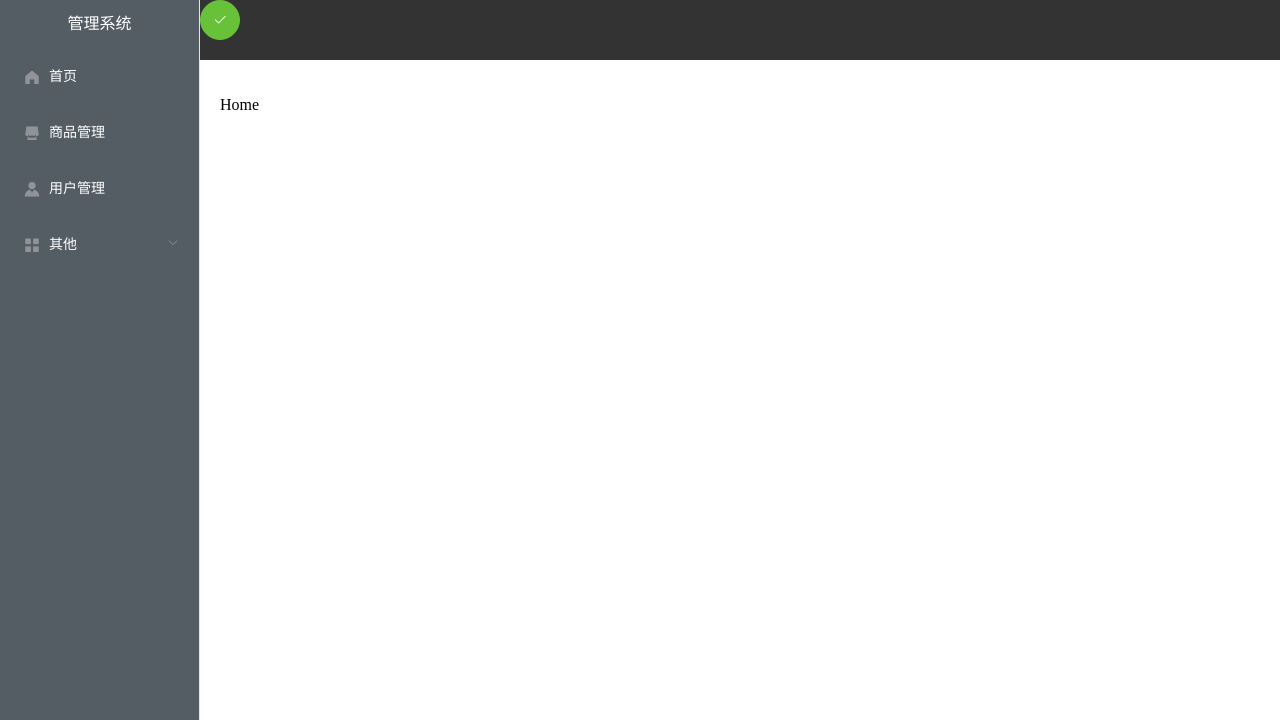
Repository: tkqi/manage
Page: /
An editor plug-in stored every save of this project. The page is shown before and after the next save, followed by the edit.
The browser window is 1280 px wide. The pictures show the whole page.
The project was rebuilt for these pictures with package versions that can differ from the ones it lists, and the page was loaded fresh each time. Also part of the build but not shown: vue.config.js.

Above is the page before, as saved 2023-12-01 16:03:45.

### src/main.js
import Vue from 'vue'
import App from './App.vue'
import router from './router'
import store from './store'
import ElementUI from 'element-ui';
import 'element-ui/lib/theme-chalk/index.css';

Vue.config.productionTip = false
Vue.use(ElementUI);

new Vue({
  router,
  store,
  render: h => h(App)
}).$mount('#app')

### src/App.vue
<template>
  <div id="app">
    <!-- 路由出口 -->
    <router-view />
  </div>
</template>

<script>
export default {
  name: 'App'
}
</script>

<style lang="less">
html,
body,
h3 {
  margin: 0;
  padding: 0;
}
</style>

### src/router/index.js
import Vue from 'vue'
import VueRouter from 'vue-router'
import routes from './routes'
Vue.use(VueRouter)


const router = new VueRouter({
  routes: routes
})

// 暴露router实例
export default router

### src/router/routes.js
export default [
    // 主路由
    {
        path: '/',
        component: () => import('../views/Main.vue'),
        redirect:'/home',// 重定向
        // 子路由
        children: [
            {
                // 首页
                path: '/home',
                // 路由组件懒加载
                component: () => import('../views/Home.vue')
            },
            {
                // 用户管理
                path: '/user',
                component: () => import('../views/User.vue')
            },
            {
                // 商品管理
                path: '/mall',
                component: () => import('../views/Mall.vue')
            },
            {
                // 其他/页面1
                path: '/page1',
                component: () => import('../views/Page1.vue')
            },
            {
                // 其他/页面2
                path: '/page2',
                component: () => import('../views/Page2.vue')
            },
        ]
    },
    {
        path: '/home',
        // 路由组件懒加载
        component: () => import('../views/Home.vue')
    },
    {
        path: '/user',
        component: () => import('../views/User.vue')
    }
]

### src/views/Main.vue
<!-- eslint-disable vue/multi-word-component-names -->
<template>
    <div>
        <el-container>
            <el-aside width="200px">
                <sidebar />
            </el-aside>
            <el-container>
                <el-header><topbar/></el-header>
                <el-main><router-view /></el-main>
            </el-container>
        </el-container>

    </div>
</template>

<script>
import sidebar from '../components/sidebar.vue'
import topbar from '../components/topbar.vue';
export default {
    components: {
        sidebar,
        topbar
    }
}
</script>

<style lang="less" scoped>
.el-header {
    padding: 0;
    margin: 0;
}
</style>

### src/views/Home.vue
<!-- eslint-disable vue/multi-word-component-names -->
<template>
    <div>
        <p>Home</p>
    </div>
</template>

<script>

</script>

### src/components/sidebar.vue
<!-- eslint-disable vue/multi-word-component-names -->
<template>
    <el-menu class="menu" @open="handleOpen" @close="handleClose" :collapse="isCollapse" background-color="#545c64"
        text-color="#fff" active-text-color="#ffd04b" collapse-transition="true" unique-opened="true">
        <h3>管理系统</h3>
        <el-menu-item v-for="item in noChildren" :key="item.name" :index="item.name" @click="clickMenu(item)">
            <i :class="`el-icon-${item.icon}`"></i>
            <span slot="title">{{ item.label }}</span>
        </el-menu-item>
        <el-submenu v-for="item in hasChildren" :key="item.label" :index="item.label">
            <template slot="title">
                <i :class="`el-icon-${item.icon}`"></i>
                <span slot="title">{{ item.label }}</span>
            </template>
            <el-menu-item-group v-for="subitem in item.children" :key="subitem.name">
                <el-menu-item :index="subitem.name" @click="clickSubmenu(subitem)">
                    <!-- <template slot="title"> -->
                    <i :class="`el-icon-${subitem.icon}`"></i>
                    <span slot="title">{{ subitem.name }}</span>
                    <!-- </template> -->
                </el-menu-item>
            </el-menu-item-group>
        </el-submenu>
    </el-menu>
</template>

<script>
export default {
    computed: {
        // 无子菜单
        noChildren() {
            return this.menuData.filter(o => !o.children);
        },
        // 有子菜单
        hasChildren() {
            return this.menuData.filter(o => o.children);
        }
    },
    data() {
        return {
            isCollapse: false,
            menuData: [
                {
                    path: '/',
                    name: 'home',
                    label: "首页",
                    icon: 's-home',
                    url: 'Home/Home'
                },
                {
                    path: '/mall',
                    name: 'mall',
                    label: "商品管理",
                    icon: 's-shop',
                    url: 'MallManage/MallManage'
                },
                {
                    path: '/user',
                    name: 'user',
                    label: "用户管理",
                    icon: 's-custom',
                    url: 'UserManage/UserManage'
                },
                {
                    label: '其他',
                    icon: 'menu',
                    children: [
                        {
                            path: '/page1',
                            name: 'page1',
                            label: "页面1",
                            icon: 's-claim',
                            url: 'Other/PageOne'
                        },
                        {
                            path: '/page2',
                            name: 'page2',
                            label: "页面2",
                            icon: 's-claim',
                            url: 'Other/PageTwo'
                        },
                    ]
                }
            ]
        };
    },
    methods: {
        handleOpen(key, keyPath) {
            console.log(key, keyPath);
        },
        handleClose(key, keyPath) {
            console.log(key, keyPath);
        },
        clickMenu(item) {
            console.log(this.$router.currentRoute.path);
            // 判断当前路由于点击链接的路由不一致才跳转
            if (item.path != this.$route.path && !(this.$route.path == '/home' && item.path=='/'))
                this.$router.push(item.path);
        },
        clickSubmenu(subitem) {
            // 判断当前路由于点击链接的路由不一致才跳转
            if (subitem.path != this.$route.path)
                this.$router.push(subitem.path);
        }
    }
}
</script>

<style lang="less" scoped>
.el-menu-vertical-demo:not(.el-menu--collapse) {
    width: 200px;
    min-height: 400px;
}

.menu {
    height: 100vh;

    h3 {
        color: rgb(255, 255, 255);
        text-align: center;
        line-height: 48px;
        font-size: 16px;
        font-weight: 400;
    }
}
</style>

### src/components/topbar.vue
<!-- eslint-disable vue/multi-word-component-names -->
<template>
    <div class="head-container">
        <div class="l-content"> <el-button type="success" icon="el-icon-check" circle></el-button></div>
        <div class="r-content"></div>
    </div>
</template>

<script>
export default {

}
</script>

<style lang="less" scoped>
.head-container {
    background-color: #333;
    height: 60px;
}

.l-content {}

.r-content {}
</style>

Loaded but not shown: public/index.html (common file); src/store/index.js (common file)

After the next save:
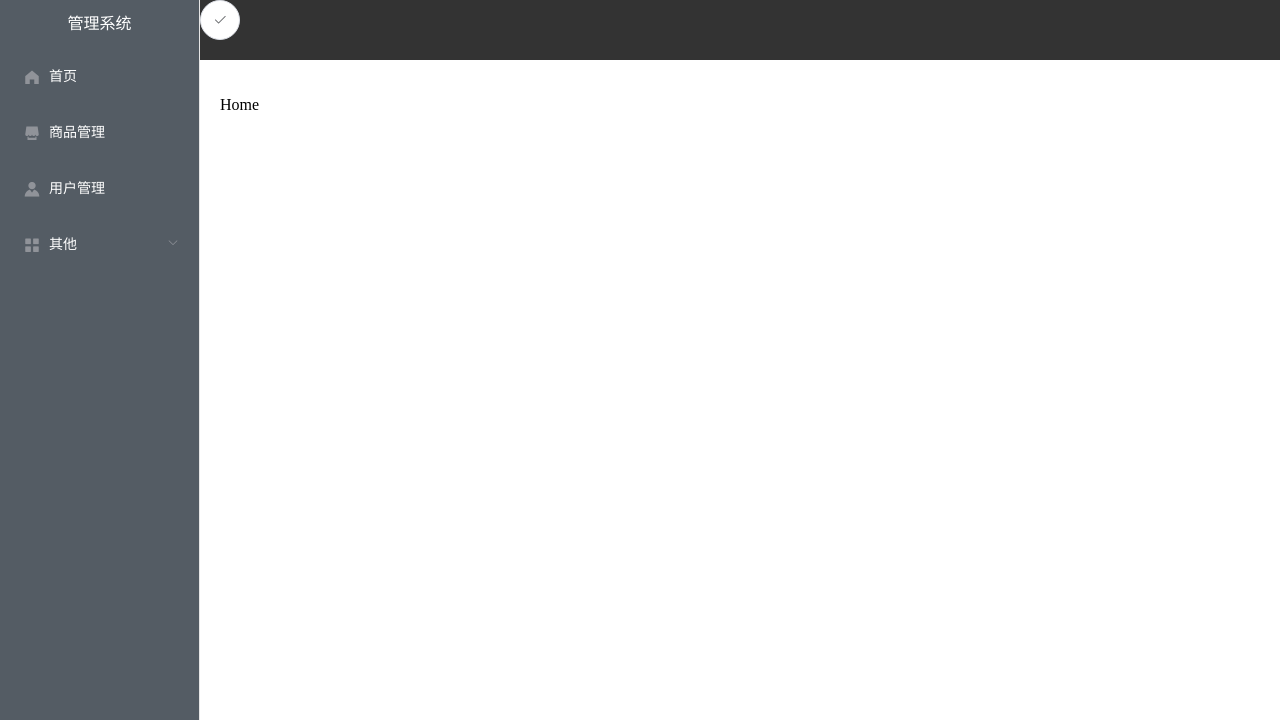
Saved 4 s later.
--- a/src/components/topbar.vue
+++ b/src/components/topbar.vue
@@ -1,7 +1,7 @@
 <!-- eslint-disable vue/multi-word-component-names -->
 <template>
     <div class="head-container">
-        <div class="l-content"> <el-button type="success" icon="el-icon-check" circle></el-button></div>
+        <div class="l-content"> <el-button icon="el-icon-check" circle></el-button></div>
         <div class="r-content"></div>
     </div>
 </template>
